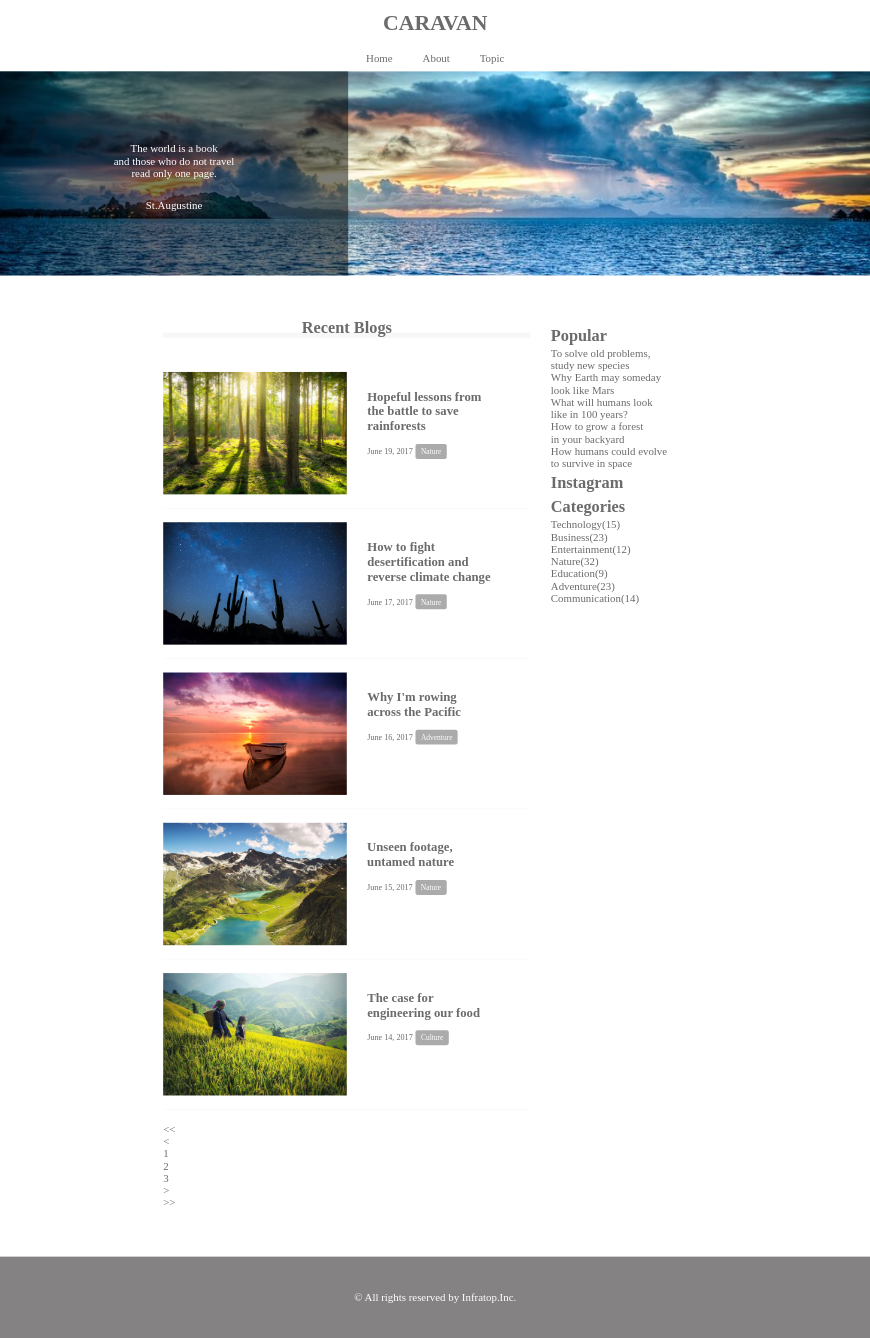
Repository: takuto27/ouyou
Page: caravan/index.html
The author's editor kept a record of every edit. The page is drawn from the files as they stood at one moment, then again after the next edit.
The browser window is 1280 px wide. The pictures show the whole page, at 68% of full size.

Above is the page before.

After the next edit:
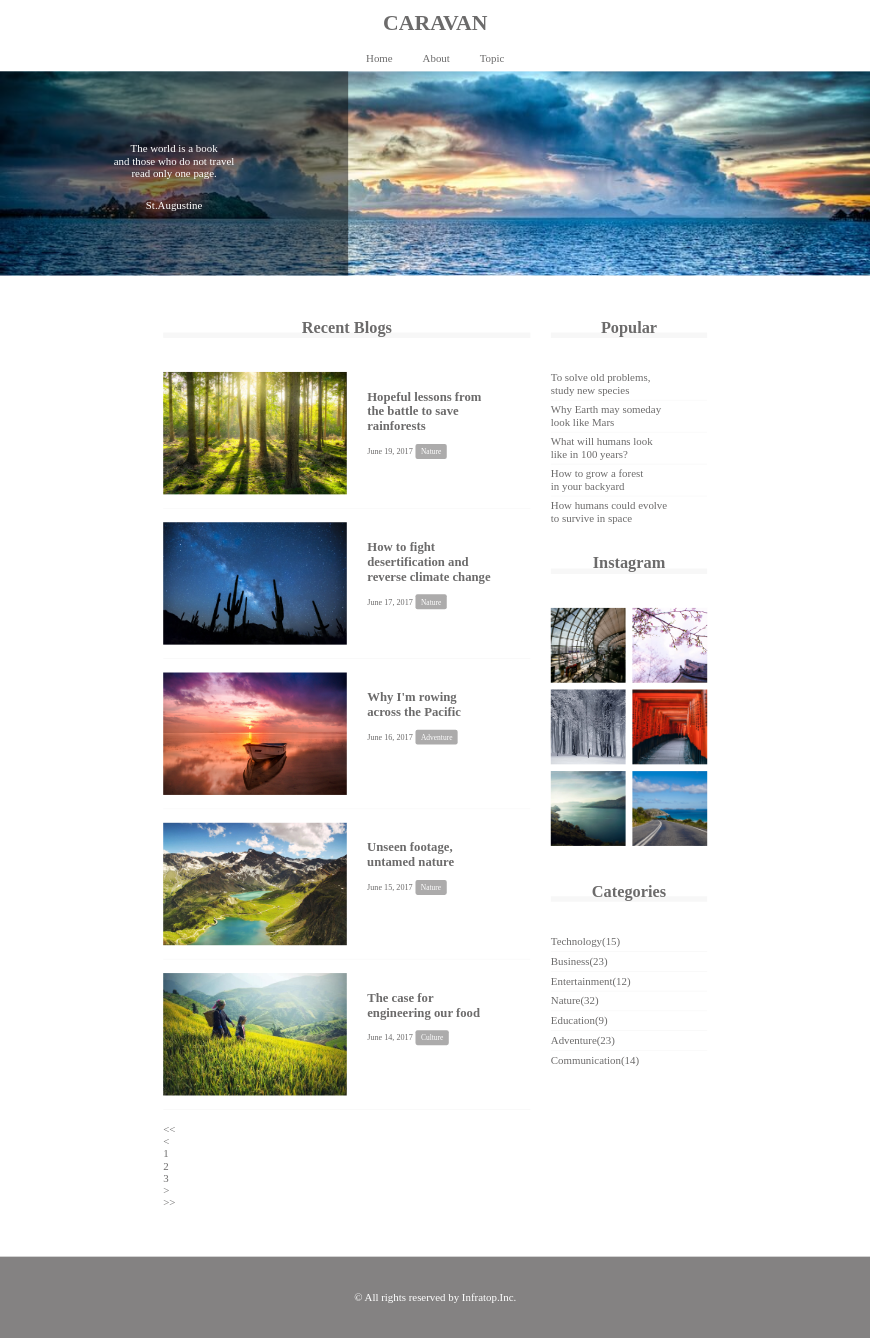
The edit:
--- a/caravan/style.css
+++ b/caravan/style.css
@@ -97,6 +97,69 @@
 .sidebar {
   width: 230px;
 }
+.common-heading {
+  border-bottom: 8px solid #f7f7f7;
+  text-align: center;
+  line-height: 0.6;
+}
+
+.sidebar-contents {
+  padding: 50px 0;
+}
+
+.popular-text,
+.categories-text {
+  padding-bottom: 5px;
+  border-bottom: 1px solid #f7f7f7;
+  margin-bottom: 5px;
+}
+
+.popular-text:last-child,
+.categories-text:last-child {
+  margin: 0;
+  padding: 0;
+  border: none;
+}
+
+.instagram .sidebar-contents {
+  display: flex;
+  flex-wrap: wrap;
+}
+
+.instagram-box {
+  width: 110px;
+  padding-top: 110px;
+  background-size: cover;
+  background-position: center;
+  margin-bottom: 10px;
+}
+
+.instagram-box:nth-child(odd) {
+  margin: 0 10px 10px 0;
+}
+
+.instagram-box:nth-child(1) {
+  background-image: url(img/airport.jpg);
+}
+
+.instagram-box:nth-child(2) {
+  background-image: url(img/japan.jpg);
+}
+
+.instagram-box:nth-child(3) {
+  background-image: url(img/snow.jpg);
+}
+
+.instagram-box:nth-child(4) {
+  background-image: url(img/japan2.jpg);
+}
+
+.instagram-box:nth-child(5) {
+  background-image: url(img/lake.jpg);
+}
+.instagram-box:nth-child(6) {
+  background-image: url(img/road.jpg);
+}
 footer {
   width: 100%;
   height: 120px;
